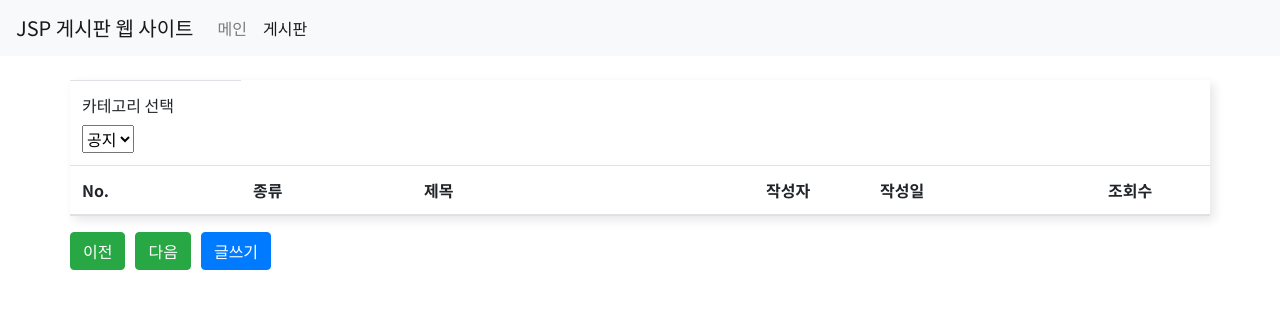
Repository: hz6450/2024-summer-jsp-notice-project
Page: http://localhost/BBS/BBS.jsp
These files come from the project's save history. The page is drawn as it stood at one moment and after the next save; the edit follows.
The browser window is 1280 px wide. The pictures show the whole page.
Some web fonts or font styles are not loaded; a fallback is used. Some web libraries are served in a nearby version. The page is served by Tomcat 10. Queries for data that is not in the repository find no rows.

Above is the page before, as saved 2024-07-16 04:03:42.

After the next save:
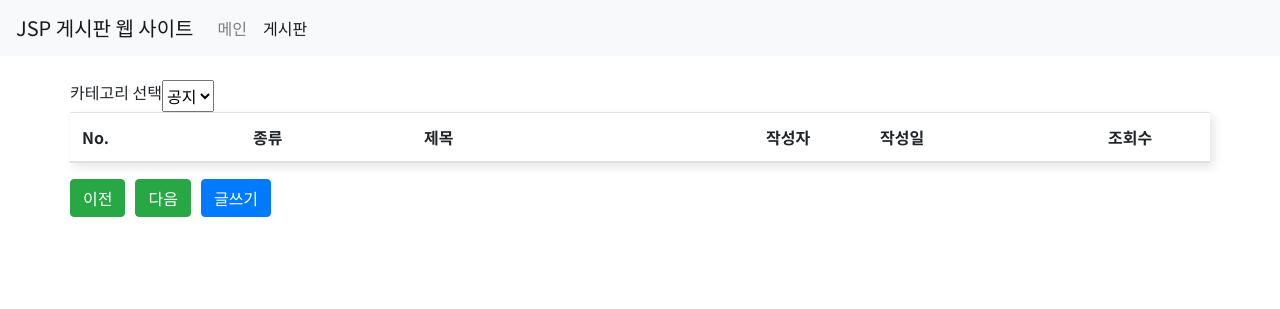
Saved 9 s later.
--- a/projects/BBS/src/main/webapp/BBS.jsp
+++ b/projects/BBS/src/main/webapp/BBS.jsp
@@ -62,12 +62,12 @@
         <div class="row">
             <table class="table table-striped" id="bbs-table">
                 <thead>
-									<td><label>카테고리 선택</label> <br> <select
+									<label>카테고리 선택</label> <br> <select
 										name="bbsCategory" id="bbsCategory">
 											<option value="공지">공지</option>
 											<option value="자유">자유</option>
 											<option value="질문">질문</option>
-									</select></td>
+									</select>
 
                     <tr>
                         <th scope="col" style="width: 15%">No.</th>
